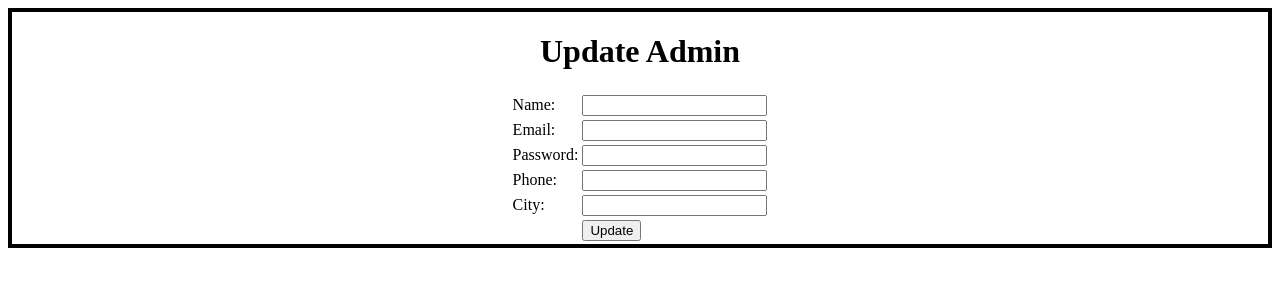
Repository: priyankagit8692/Phase_2_SimpliLearn-
Page: http://localhost/LearnerAcademyProject/AdminUpdate.jsp
An editor plug-in stored every save of this project. The page is shown before and after the next save, followed by the edit.
The browser window is 1280 px wide. The pictures show the whole page.
The page is served by Tomcat 9. Other server files are loaded and not shown.

Above is the page before, as saved 2021-03-19 19:37:12.

### FinalProjectPhase2/LearnerAcademyProject/WebContent/AdminUpdate.jsp
<%@ page language="java" contentType="text/html; charset=ISO-8859-1"
    pageEncoding="ISO-8859-1"%>
<!DOCTYPE html>
<html>
<head>
<meta charset="ISO-8859-1">
<title>Admin Update</title>
</head>
<body>
<div align="center" style="border: solid 4px black;">
    <h1>Update Admin</h1>
    <form method="post" action="adminUpdate">
        <table>
            <tr>
                <td>Name:</td>
                <td><input type="text" name="adminName"></td>
            </tr>
            <tr>
                <td>Email:</td>
                <td><input type="email" name="adminEmail"></td>
            </tr>
            <tr>
                <td>Password:</td>
                <td><input type="password" name="adminPassword"></td>
            </tr>
            <tr>
                <td>Phone:</td>
                <td><input type="text" name="adminPhone"></td>
            </tr>
            <tr>
                <td>City:</td>
                <td><input type="text" name="adminCity"></td>
            </tr>
            <tr>
                <td></td>
                <td>
                    <button type="submit">Update</button>
                </td>
            </tr>
        </table>
        <c:if test="${not empty msg}">
            <c:out value="${msg}"/>
        </c:if>

    </form>
</div>


</body>
</html>

After the next save:
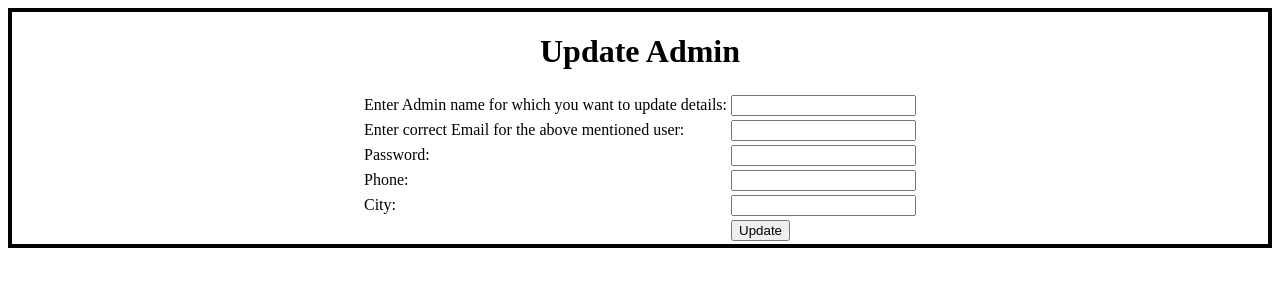
Saved 2 min 36 s later.
--- a/FinalProjectPhase2/LearnerAcademyProject/WebContent/AdminUpdate.jsp
+++ b/FinalProjectPhase2/LearnerAcademyProject/WebContent/AdminUpdate.jsp
@@ -11,12 +11,12 @@
     <h1>Update Admin</h1>
     <form method="post" action="adminUpdate">
         <table>
-            <tr>
-                <td>Name:</td>
+             <tr>
+                <td>Enter Admin name for which you want to update details:</td>
                 <td><input type="text" name="adminName"></td>
             </tr>
             <tr>
-                <td>Email:</td>
+                <td>Enter correct Email for the above mentioned user:</td>
                 <td><input type="email" name="adminEmail"></td>
             </tr>
             <tr>
